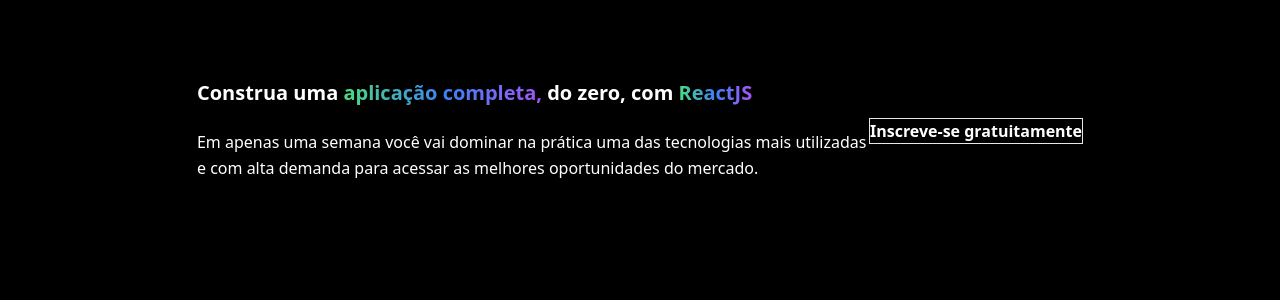
Repository: LuisSempre/Ignite-Lab---ReactJs-2022
Page: /
These files come from the project's save history. The page is drawn as it stood at one moment and after the next save; the edit follows.
The browser window is 1280 px wide. The pictures show the whole page.
The project was rebuilt for these pictures with package versions that can differ from the ones it lists, and the page was loaded fresh each time. Also part of the build but not shown: vite.config.ts, components/Header.tsx, components/Lesson.tsx, components/Sidebar.tsx, pages/Event.tsx. Imported but missing from the stored project, and not drawn on this page: components/Video.

Above is the page before, as saved 2022-06-24 23:44:22.

### index.html
<!DOCTYPE html>
<html lang="en">
  <head>
    <meta charset="UTF-8" />
    <link rel="icon" type="image/svg+xml" href="/src/icon.png" />
    <meta name="viewport" content="width=device-width, initial-scale=1.0" />
    <title>Vite App</title>
  </head>
  <body>
    <div id="root"></div>
    <script type="module" src="/src/main.tsx"></script>
  </body>
</html>

### src/main.tsx
import React from 'react'
import ReactDOM from 'react-dom/client'
import App from './App'
import './index.css'

ReactDOM.createRoot(document.getElementById('root')!).render(
  <React.StrictMode>
      <App />
  </React.StrictMode>
)

### src/App.tsx
import { ApolloProvider, gql, useQuery } from "@apollo/client"
import { Router } from "../Router"
import { client } from '../lib/apollo'
import { BrowserRouter } from "react-router-dom"

function App() {
  return (
    <ApolloProvider client={client}>
      <BrowserRouter>
        <Router />
      </BrowserRouter>
    </ApolloProvider>
  )
}

export default App

### Router.tsx
import { Route, Routes } from "react-router-dom";
import { Event } from './pages/Event'
import { Subscribe } from './pages/Subscribe'
export function Router() {
    return(
      <Routes>
           <Route path="/" element={<Subscribe />}/>
           <Route path="/event" element={<Event />}/>
           <Route path="/event/lesson/:slug" element={<Event />}/>
      </Routes>
    )
}

### lib/apollo.ts
import { ApolloClient, InMemoryCache } from "@apollo/client";

export const client = new ApolloClient({
  uri: 'https://api-sa-east-1.graphcms.com/v2/cl4n4k5w68h3x01yra00r5rzf/master',
  cache: new InMemoryCache(),
})

### pages/Subscribe.tsx
export function Subscribe() {

    return (
        <div className='flex flex-col items-center min-h-screen'>
            <div className="flex items-center justify-between max-w-6xl mx-auto mt-20">
                <div className="max-w-2xl">
                    <h1 className="mb-6 text-xl font-extrabold leading-tight">
                        Construa uma&nbsp;
                         <span className="block w-full text-transparent bg-clip-text bg-gradient-to-r from-green-400 via-blue-500 to-purple-500 lg:inline">
                            aplicação completa,&nbsp;
                        </span>
                        do zero, com&nbsp;
                         <span className="block w-full text-transparent bg-clip-text bg-gradient-to-r from-green-400 via-blue-500 to-purple-500 lg:inline">
                             ReactJS
                        </span>
                    </h1>
                    <p className="leading-relaxed">
                        Em apenas uma semana você vai dominar na prática uma das tecnologias mais utilizadas e com alta demanda para acessar as melhores oportunidades do mercado.
                    </p>
                </div>
                <div className="border border-gradient-to-r from-green-400 via-blue-500 to-purple-500">
                    <strong>Inscreve-se gratuitamente</strong>
                </div>
            </div>
        </div>
    )
}

Loaded but not shown: src/index.css (common file); tailwind.config.js (common file)

After the next save:
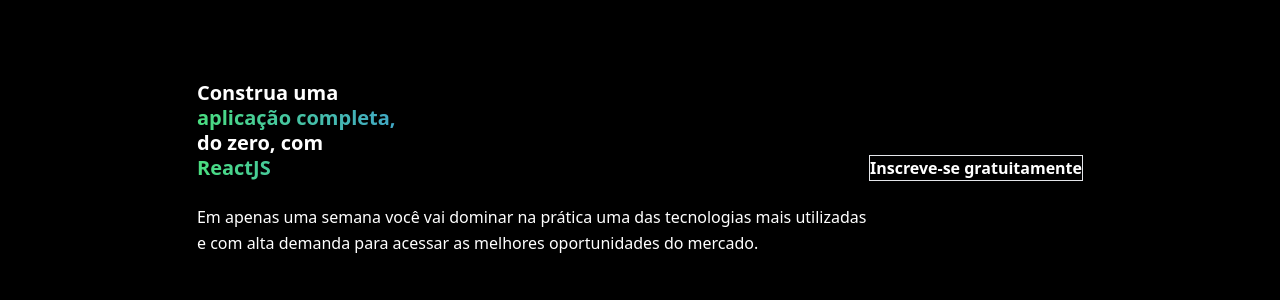
Saved 8 s later.
--- a/pages/Subscribe.tsx
+++ b/pages/Subscribe.tsx
@@ -6,11 +6,11 @@
                 <div className="max-w-2xl">
                     <h1 className="mb-6 text-xl font-extrabold leading-tight">
                         Construa uma&nbsp;
-                         <span className="block w-full text-transparent bg-clip-text bg-gradient-to-r from-green-400 via-blue-500 to-purple-500 lg:inline">
+                         <span className="block w-full text-transparent bg-clip-text bg-gradient-to-r from-green-400 via-blue-500 to-purple-500">
                             aplicação completa,&nbsp;
                         </span>
                         do zero, com&nbsp;
-                         <span className="block w-full text-transparent bg-clip-text bg-gradient-to-r from-green-400 via-blue-500 to-purple-500 lg:inline">
+                         <span className="block w-full text-transparent bg-clip-text bg-gradient-to-r from-green-400 via-blue-500 to-purple-500">
                              ReactJS
                         </span>
                     </h1>
